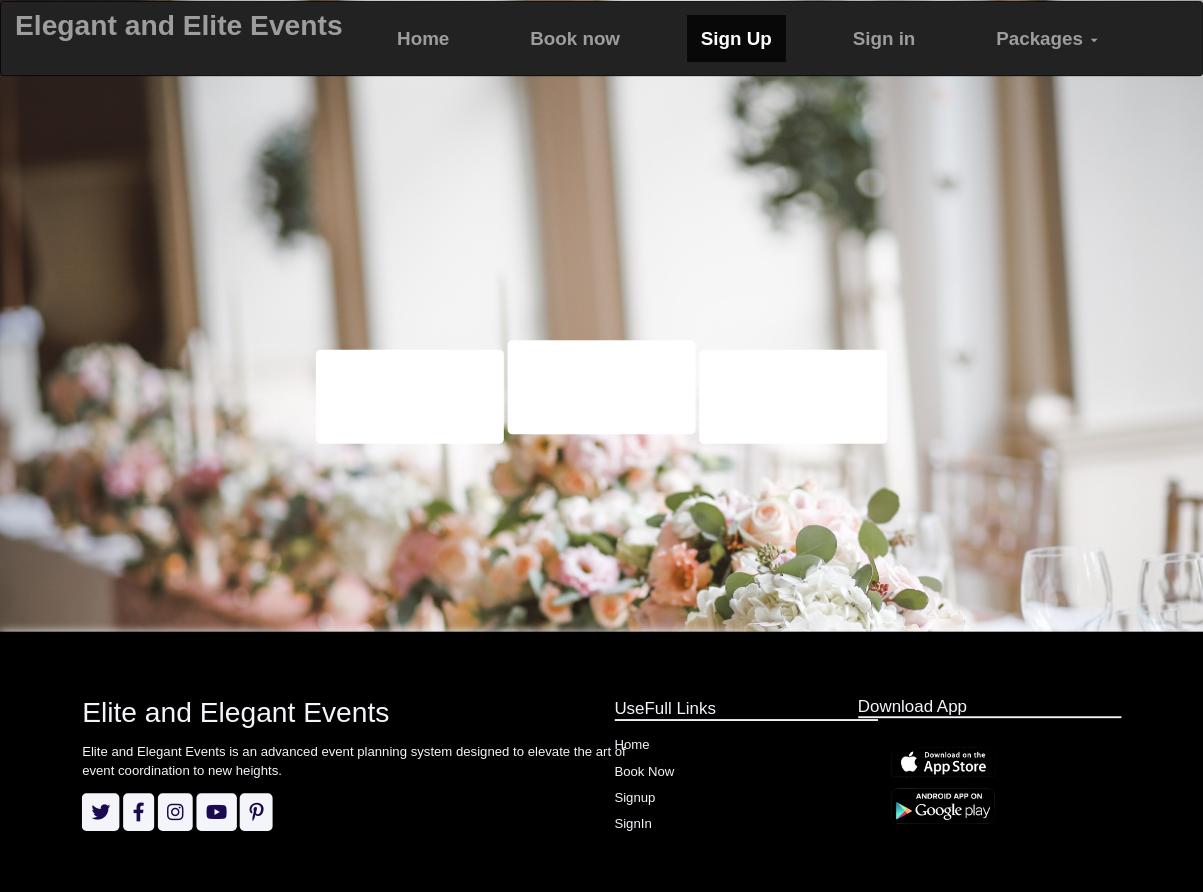
Repository: it22272690/Event-Planning-System
Page: http://localhost/PaymentDemo/useraccount.jsp
An editor plug-in stored every save of this project. The page is shown before and after the next save, followed by the edit.
The browser window is 1280 px wide. The pictures show the whole page, at 94% of full size.
Some web fonts or font styles are not loaded; a fallback is used. The page is served by Tomcat 10. Other server files are loaded and not shown.

Above is the page before, as saved 2023-10-24 09:20:50.

### PaymentDemo/src/main/webapp/useraccount.jsp
<%@ page language="java" contentType="text/html; charset=ISO-8859-1"
    pageEncoding="ISO-8859-1"%>
<!DOCTYPE html>
<html>
<head>
    <meta charset="UTF-8">
    <meta name="viewport" content="width=device-width, initial-scale=1.0">
    <title>User Profile</title>

    <link rel="stylesheet" type="text/css" href="css\useraccount.css">
    <link rel="stylesheet" type="text/css" href="css\home.css">
   <title>Bootstrap Example</title>
        <meta charset="utf-8">
        <meta name="viewport" content="width=device-width, initial-scale=1">
        <link rel="stylesheet" href="https://maxcdn.bootstrapcdn.com/bootstrap/3.4.1/css/bootstrap.min.css">
        <script src="https://ajax.googleapis.com/ajax/libs/jquery/3.6.4/jquery.min.js"></script>
        <script src="https://maxcdn.bootstrapcdn.com/bootstrap/3.4.1/js/bootstrap.min.js"></script>
         <!-- Style Css Link -->
    <link rel="stylesheet" href="css/footer.css">
    <!-- Style Css Link -->

    <!-- Font Awesome Cdn -->
    <link rel="stylesheet" href="https://cdnjs.cloudflare.com/ajax/libs/font-awesome/6.4.0/css/all.min.css">
    <!-- Font Awesome Cdn -->

    <!-- Google Font links -->
    <link rel="preconnect" href="https://fonts.googleapis.com">
    <link rel="preconnect" href="https://fonts.gstatic.com" crossorigin>
    <link href="https://fonts.googleapis.com/css2?family=Josefin+Sans:wght@500&display=swap" rel="stylesheet">
    <!-- Google Font links -->
    </head>
    <body>
     <style>

        body {
            font-family: 'Times New Roman';
            background-color: #f0f0f0;
            text-align: center;
            background-image: url("images/useraccount.jpg");
            background-size: cover
        }
    </style>
        <header>

            <nav class="navbar navbar-inverse">

                <div class="container-fluid">
                    <div class="navbar-header">

                        <a class="navbar-brand" href="#"><b style="font-size:30px;">Elegant and Elite Events</b></a>

                    </div>
                    <ul class="nav navbar-nav">

                        <li><a href="Home.jsp">Home</a></li>
                        <li><a href="Navigate.jsp">Book now</a></li>
                        <li class="active"><a href="Signup.jsp">Sign Up</a></li>
                        <li><a href="Signin.jsp">Sign in</a></li>
                        <li class="dropdown"> <!-- Dropdown Menu -->
                        <a href="#" class="dropdown-toggle" data-toggle="dropdown">Packages <span class="caret"></span></a>
                        <ul class="dropdown-menu">
                            <li class="center-text"><a href="#">Food and Beverages</a></li>
                            <li class="center-text"><a href="#">Decorations</a></li>
                            <li class="center-text"><a href="#">Entertainment</a></li>
                            <li class="center-text"><a href="#">Hotels</a></li>

                            </ul>
                            </li>


                    </ul>
                </div>
            </nav>

        </header>
    </head>
    <body>
        <br><br>
        <div class="container">

            <div class="user-info">

                <!-- Display user information here (e.g., name, email, etc.) -->
            </div>
            <div class="user-actions">
                <button id="edit-customer" style="color:white; width:200px; height:100px">Edit Customer Form</button>
                <button id="edit-event" style="color:white; width:200px; height:100px">Edit Event Details Form</button>
                <button id="edit-payment" style="color:white; width:200px; height:100px">Edit Payment Form</button>
            </div>
        </div>
       <footer id="footer">
    <div class="footer-content">
        <div class="row" id="row1">
            <a href="#" id="footer-logo">Elite and Elegant Events</a>
            <p>Elite and Elegant Events is an advanced event planning system designed to elevate the art of event coordination to new heights.</p>
            <div class="socail-links">
                <i class="fa-brands fa-twitter"></i>
                <i class="fa-brands fa-facebook-f"></i>
                <i class="fa-brands fa-instagram"></i>
                <i class="fa-brands fa-youtube"></i>
                <i class="fa-brands fa-pinterest-p"></i>
            </div>
        </div>
        <div class="row" id="row2">
            <h3>UseFull Links</h3>
            <ul>
                <li><a href="#">Home</a></li>
                <li><a href="#">Book Now</a></li>
                <li><a href="#">Signup</a></li>
                <li><a href="#">SignIn</a></li>

            </ul>
        </div>

        <div class="row" id="row4">
            <h3>Download App</h3>
            <img src="images/app.png" alt="foot">
        </div>
    </div>
</footer>
    </body>
</html>

### PaymentDemo/src/main/webapp/css/useraccount.css
body {
    font-family: Arial, sans-serif;
    background-color: rgb(128, 128, 128);
    margin: 0;
    padding: 0;
    background-image: url("userprofile.jpg");
}

.container {
    max-width: 700px;
    margin: 0 auto;
    padding: 200px;
    border-radius: 10px;
}

h1 {
    text-align: center;
}

.user-info {
    margin: 20px 0;
    color:aliceblue;
}

.user-actions {

    text-align: center;


}

button {
	width: 200px;
    height: 200px;
    padding: 30px 30px;
    background-color: rgb(255, 255, 255);
    color: #fff;
    border: none;
    border-radius: 5px;
    cursor: pointer;
    margin: 10px; /* Increase the margin for more space between buttons */

}

button:hover {
    background-color: #c6d0db;
}

footer {
    background-color: #222; /* Dark background for footer */
    padding: 10px;
    text-align: left;
}

.contact, .social-media {
    display: inline-block;
    margin: 0 20px;
    text-align: left;
    color: #fff;
}

.social-media a {
    color: #fff;
    text-decoration: none;
    margin: 5px;
    text-align: left;
}

### PaymentDemo/src/main/webapp/css/home.css

.button {
    display: inline-block;
    padding: 10px 20px;
    background-color: #D2691E;
    color: #fff;
    text-decoration: none;
    border-radius: 10px;
    margin-right: 10px;
}

body {
    font-family: 'Courier New';
    margin: 0;
    padding: 0;
    background-color: #FFE4B5;
    color: #fff;
}

header {
    display: flex;
    font-family: Arial;
    font-size: 20px;
    align-items: center;

    padding: 1px 0;
    justify-content: space-between; /* Center buttons horizontally */
}

    header img {
        width: 100px; /* Adjust the width as needed */
        height: auto; /* Preserve the aspect ratio */
        margin-left: 20px; /* Add some left margin to the logo */
    }

nav ul {
    list-style-type: none;
    padding: 0;
    text-align: center; /* Center buttons vertically */
}

    nav ul li {
        display: inline;
        float: right;
        display: block;
        color: white;
        padding: 14px 18px;
        text-decoration: none;
    }

        nav ul li a {
            color: #fff;
            text-decoration: none;
            font-weight: bold;
            margin: 0 10px; /* Add some horizontal spacing between the buttons */
        }

.services {
    display: flex;
    flex-wrap: wrap;
    justify-content: center;
    margin: 20px auto;
    max-width: 1200px;
    color: #8B4513; /* Set the text color to white for visibility */
}

.service {
    background-color: #fff;
    border: 1px solid #FF4500; /* Slightly darker border */
    border-radius: 5px;
    padding: 20px;
    margin: 10px;
    text-align: center;
    width: calc(33.33% - 20px);
}

footer {
    background-color: #222; /* Dark background for footer */
    padding: 20px;
    text-align: left;
}

.contact, .social-media {
    display: inline-block;
    margin: 0 20px;
    text-align: left;
    color: #fff;
}

    .social-media a {
        color: #fff;
        text-decoration: none;
        margin: 5px;
        text-align: left;
    }

/* Add this CSS to style the search bar */
.search-section {
    display: flex;
    align-items: center;
}

.search-bar {
    padding: 10px;
    border: 1px solid #ccc;
    border-radius: 5px;
    margin-right: 10px;
    width: 200px; /* Adjust the width as needed */
    outline: none; /* Remove the outline on focus */
}

    .search-bar::placeholder {
        color: #999; /* Placeholder text color */
    }

.search-button {
    background-color: #D2691E;
    color: #fff;
    padding: 10px 20px;
    border: none;
    border-radius: 5px;
    cursor: pointer;
    font-weight: bold;
}

### PaymentDemo/src/main/webapp/css/footer.css
*{
    margin: 0;
    padding: 0;
    box-sizing: border-box;
    text-decoration: none;
    list-style: none;
    scroll-behavior: smooth;
    font-family: 'Josefin Sans', sans-serif;
}
html::-webkit-scrollbar-track{
    background: transparent;
}
html::-webkit-scrollbar-thumb{
    background: #f4f5fb;
    border-radius: 10px;
}
html::-webkit-scrollbar{
    width: 10px;
}
body{
    background: #fff;
}


/* Footer Start */
#footer{
    width: 100%;
    padding: 50px 8% 50px;
    background-color: black;
    box-shadow: 10px 10px 10px 10px #f4f5fb;
}
.footer-content{
    display: grid;
    grid-template-columns: repeat(auto-fit, minmax(250px, auto));
    align-items: center;
    gap: 0.90rem;
}
#footer #row1{
    position: relative;
    overflow: hidden;
}
#footer #row1 #footer-logo{
    font-size: 30px;
    color: #f4f5fb;
}
#footer #row1 p{
    color: #f4f5fb;
    margin-top: 10px;
}
.socail-links{
    margin-top: 15px;
}
.socail-links i{
    color: #1c0a51;
    background: #f4f5fb;
    font-size: 20px;
    padding: 10px;
    border-radius: 5px;
    cursor: pointer;
}
#row2 h3{
    font-size: 18px;
    color: #f4f5fb;
    border-bottom: 2px solid #f4f5fb;
}
#row2 ul{
    margin-top: 15px;
}
#row2 ul li{
    margin-top: 8px;
}
#row2 ul li a{
    color: #f4f5fb;
    transition: 0.5s ease;
}
#row2 li a:hover{
    border-bottom: 1px solid #f4f5fb;
}
#row3 h3{
    font-size: 18px;
    color: #f4f5fb;
    border-bottom: 2px solid #f4f5fb;
}
#row3 ul{
    margin-top: 15px;
}
#row3 ul li{
    margin-top: 8px;
}
#row3 ul li a{
    color: #f4f5fb;
    transition: 0.5s ease;
}
#row3 li a:hover{
    border-bottom: 1px solid #f4f5fb;
}
#row4 h3{
    font-size: 18px;
    color: #f4f5fb;
    border-bottom: 2px solid #f4f5fb;
}
#row4 img{
    width: 180px;
    cursor: pointer;
}
/* Footer End */

After the next save:
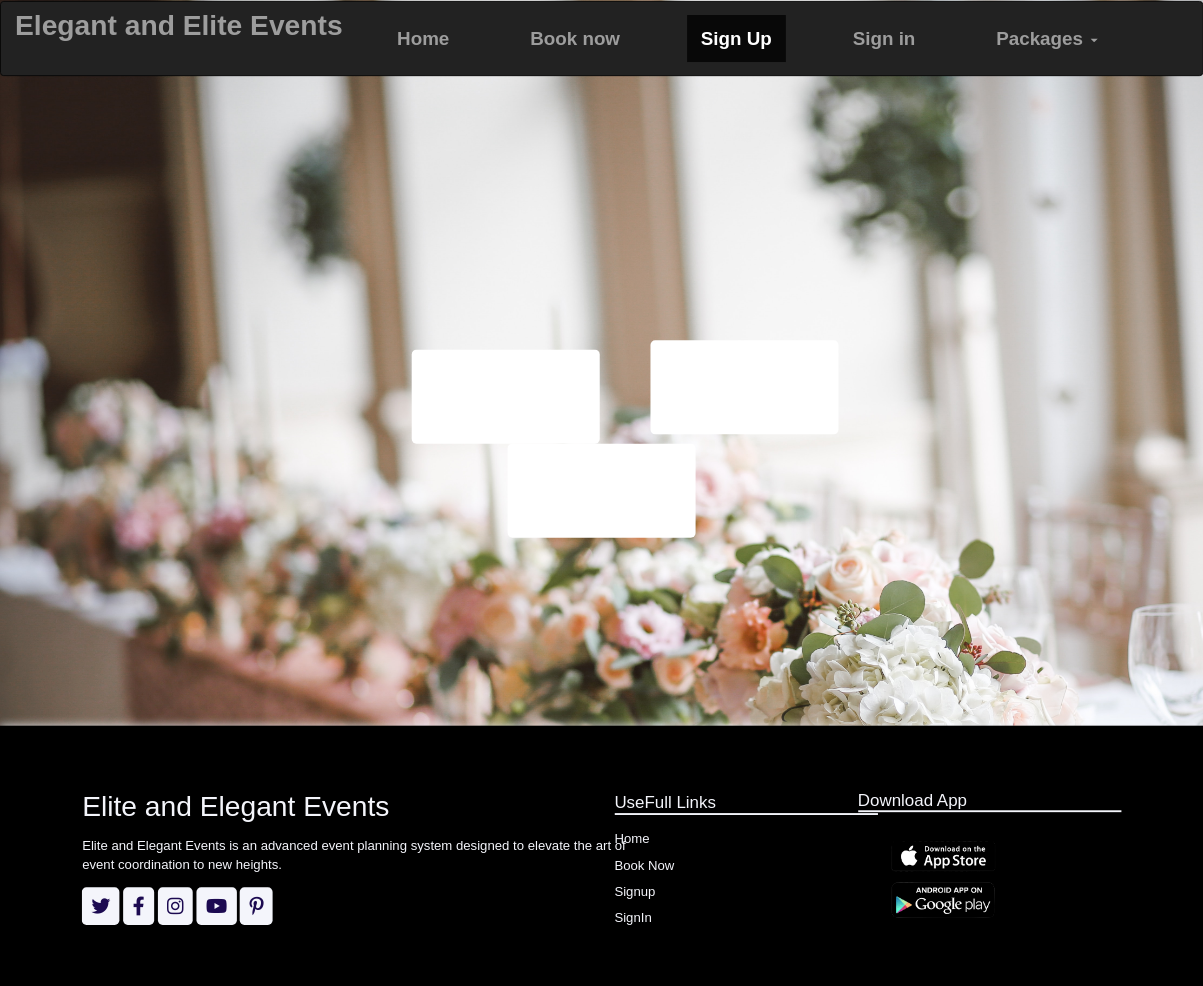
Saved 2 min 17 s later.
--- a/PaymentDemo/src/main/webapp/useraccount.jsp
+++ b/PaymentDemo/src/main/webapp/useraccount.jsp
@@ -83,7 +83,7 @@
                 <!-- Display user information here (e.g., name, email, etc.) -->
             </div>
             <div class="user-actions">
-                <button id="edit-customer" style="color:white; width:200px; height:100px">Edit Customer Form</button>
+                <button id="edit-customer" style="color:white; width:200px; height:100px; margin: 0 50px;">Edit Customer Form</button>
                 <button id="edit-event" style="color:white; width:200px; height:100px">Edit Event Details Form</button>
                 <button id="edit-payment" style="color:white; width:200px; height:100px">Edit Payment Form</button>
             </div>
